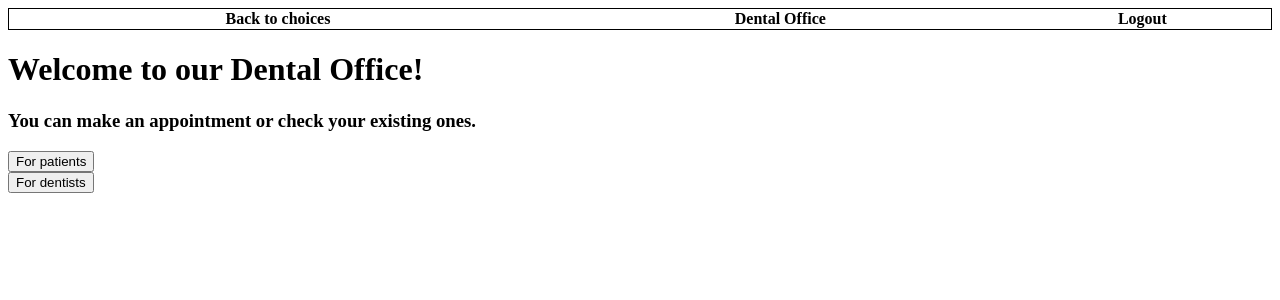
Repository: ThEgIGN/DentalOfficeWebApplication
Page: http://localhost/DentalOfficeWEB/
An editor plug-in stored every save of this project. The page is shown before and after the next save, followed by the edit.
The browser window is 1280 px wide. The pictures show the whole page.
The page is served by Tomcat 9. Nobody is signed in. The application's start-up code is not run.

Above is the page before, as saved 2023-06-16 10:05:52.

After the next save:
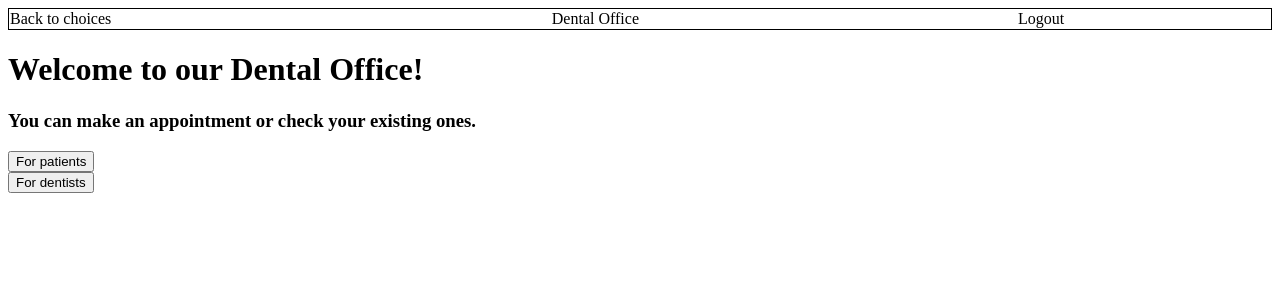
Saved 67 s later.
--- a/DentalOfficeProject/DentalOfficeWEB/src/main/webapp/index.jsp
+++ b/DentalOfficeProject/DentalOfficeWEB/src/main/webapp/index.jsp
@@ -9,9 +9,9 @@
 <body>
 	<table style="width: 100%;border-collapse: collapse;border: 1px solid;">
 		<tr>
-			<th>Back to choices</th>
-			<th>Dental Office</th>
-			<th>Logout</th>
+			<td>Back to choices</td>
+			<td>Dental Office</td>
+			<td>Logout</td>
 		</tr>
 	</table>
 	<h1>Welcome to our Dental Office!</h1>
